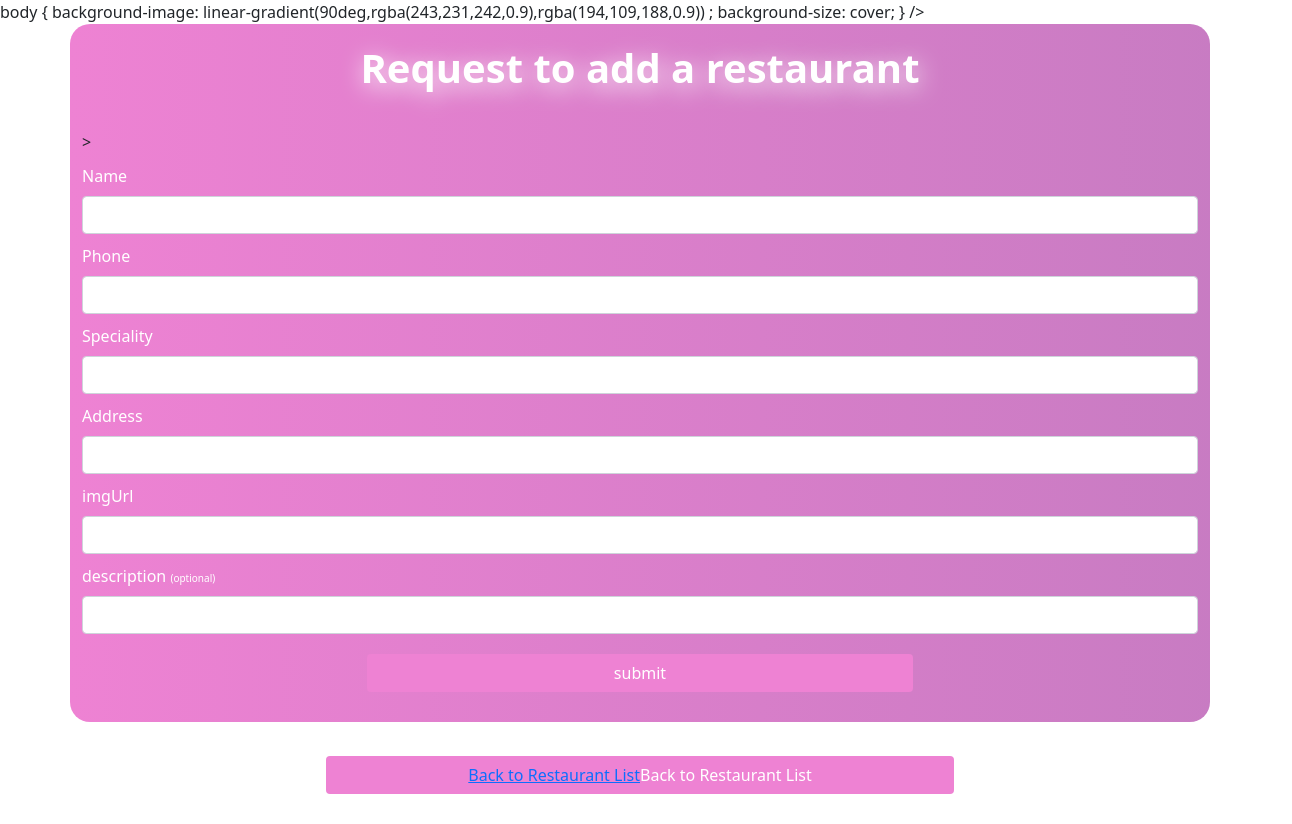
Repository: eyaajili/j2ee
Page: http://localhost/projet_j2ee/addRestaurant.jsp
These files come from the project's save history. The page is drawn as it stood at one moment and after the next save; the edit follows.
The browser window is 1280 px wide. The page is 1292 px wide, so the pictures cover 1292 px, including what lies to the right of the window. The pictures show the whole page.
The page is served by Tomcat 9.

Above is the page before, as saved 2023-04-29 21:26:06.

After the next save:
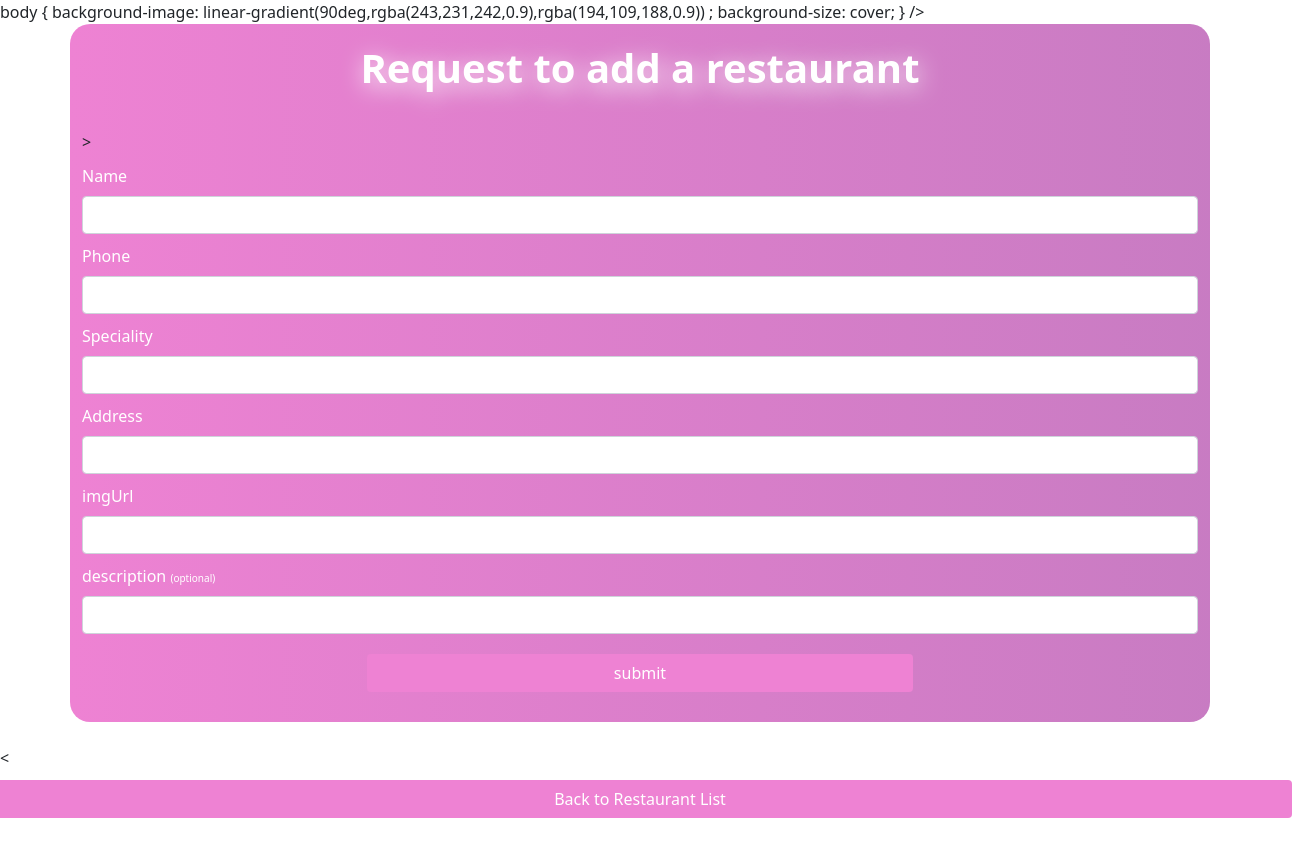
Saved 50 s later.
--- a/projet j2ee/src/main/webapp/addRestaurant.jsp
+++ b/projet j2ee/src/main/webapp/addRestaurant.jsp
@@ -98,12 +98,11 @@
     </div>
     </div>
     <br>
-    <div class="row">
-          <div class="col-3"></div>
-          <div class="col-6"><div class="d-grid gap-2">
-          <button class="btn" style="margin-top: 10px; margin-bottom: 30px; background-color: #ee82d3; color: white;">         <a href="Servlet?action=listRestaurant">Back to Restaurant List</a>Back to Restaurant List</button></div></div>
-          <div class="col-3"></div>
-        </div>
+    <<div class="row">
+    <button class="btn" style="margin-top: 10px; margin-bottom: 30px; background-color: #ee82d3; color: white;">
+      <a href="Servlet?action=listRestaurant" style="color: white; text-decoration: none;">Back to Restaurant List</a>
+    </button>
+  </div>
 
 </body>
 </html>
